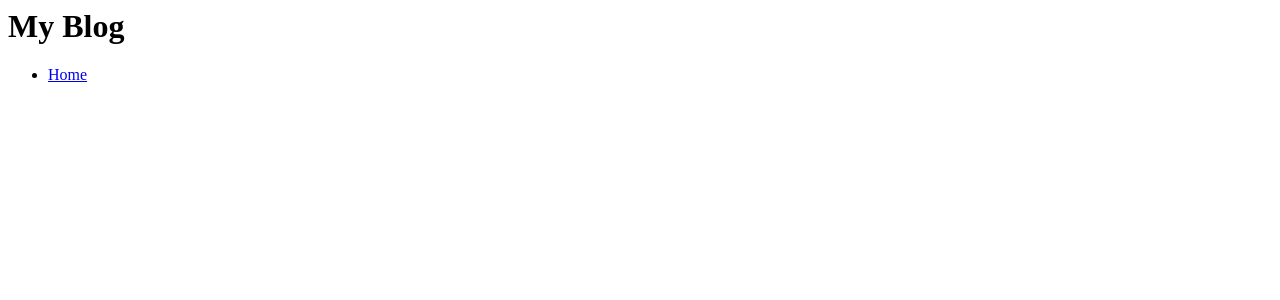
Repository: Femi007-gh/BLOG
Page: index.html
The author's editor kept a copy of each file at every save. The page is drawn from the files as they stood at one save, then again after a run of saves.
The browser window is 1280 px wide. The pictures show the whole page.

Above is the page before, as saved 2025-01-08 06:41:04.

### index.html
<html>
  <head>
    <title>BLOG</title>
  </head>
  <body>
    <header>
      <h1>My Blog</h1>
      <nav>
        <ul>
          <li><a href="#">Home</a></li>
        </ul>
      </nav>
    </header>
  </body>
</html>

After the next 4 saves:
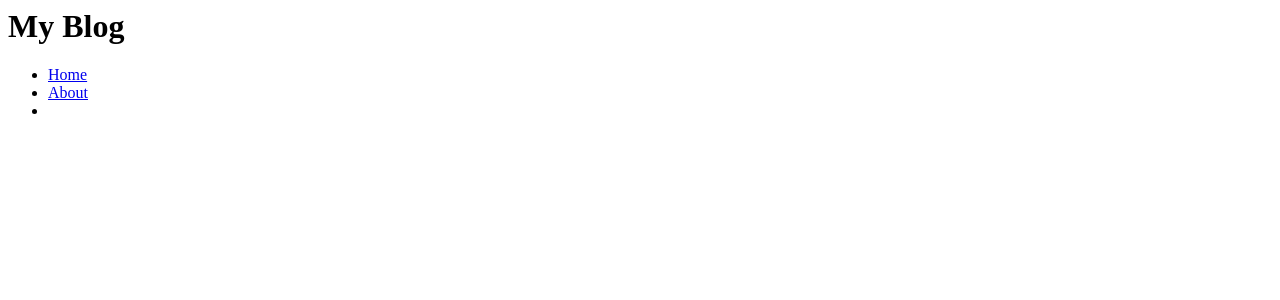
The 4 saves are shown as one change because they came seconds apart.
The last was saved 16 s later.
--- a/index.html
+++ b/index.html
@@ -8,6 +8,8 @@
       <nav>
         <ul>
           <li><a href="#">Home</a></li>
+          <li><a href="#">About</a></li>
+          <li><a href="#"></a></li>
         </ul>
       </nav>
     </header>
